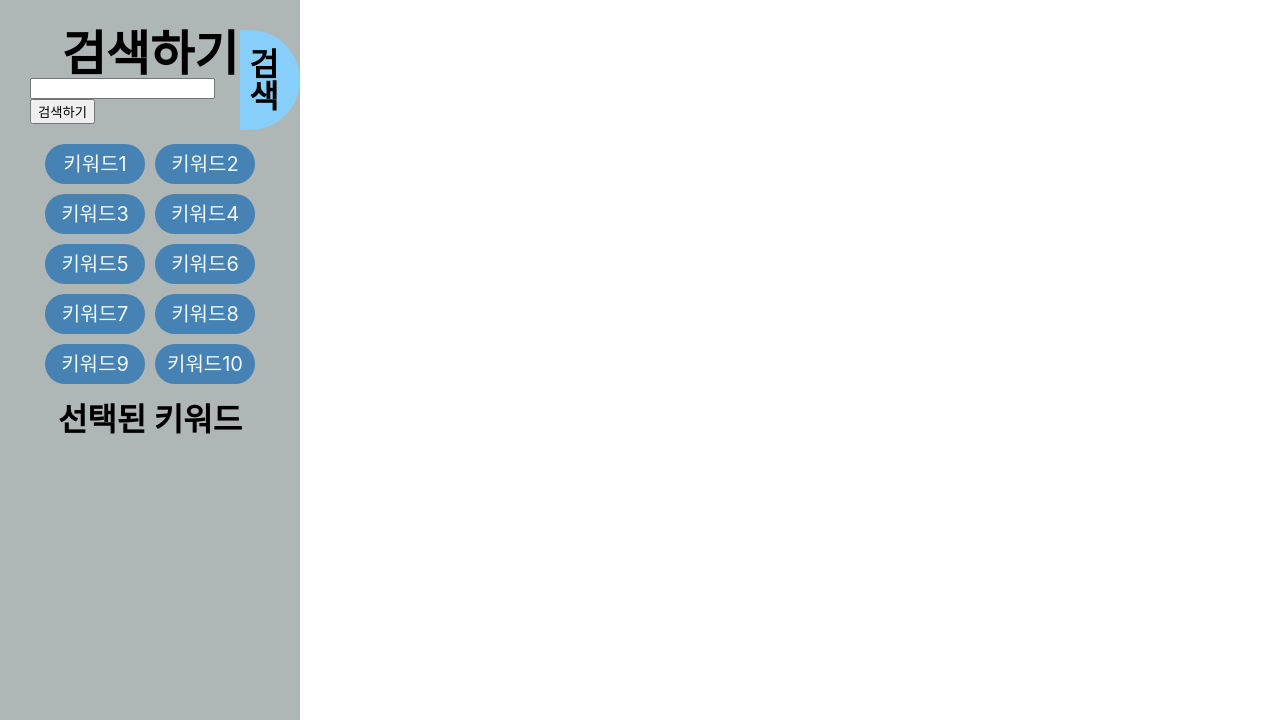
Repository: sunoo-lee/Star-Explore
Page: /
These files come from the project's save history. The page is drawn as it stood at one moment and after the next save; the edit follows.
The browser window is 1280 px wide. The pictures show the whole page.
The project was rebuilt for these pictures with package versions that can differ from the ones it lists, and the page was loaded fresh each time.

Above is the page before, as saved 2022-10-14 04:51:37.

After the next save:
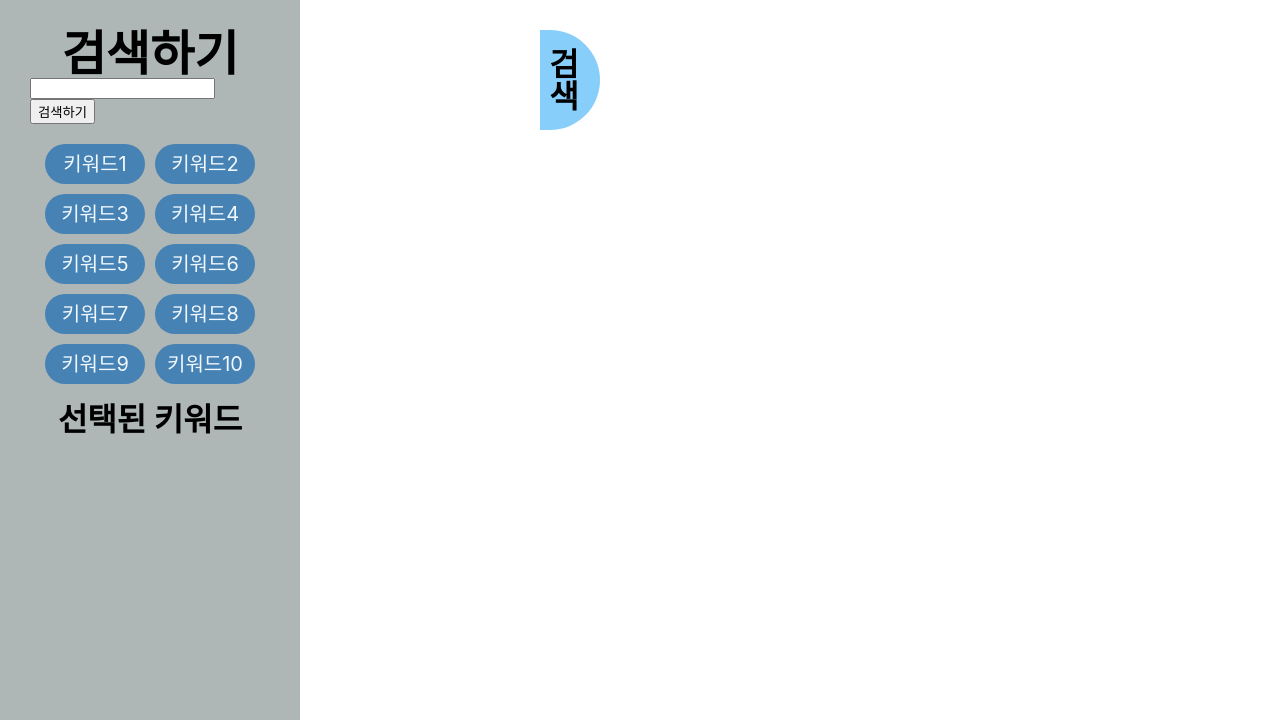
Saved 10 s later.
--- a/src/Style.css
+++ b/src/Style.css
@@ -71,7 +71,7 @@ h2 {
 }
 .nav .nav_toggle {
   position: absolute;
-  right: 0px;
+  right: -100%;
   width: 60px;
   height: 100px;
   font-size: 2rem;
